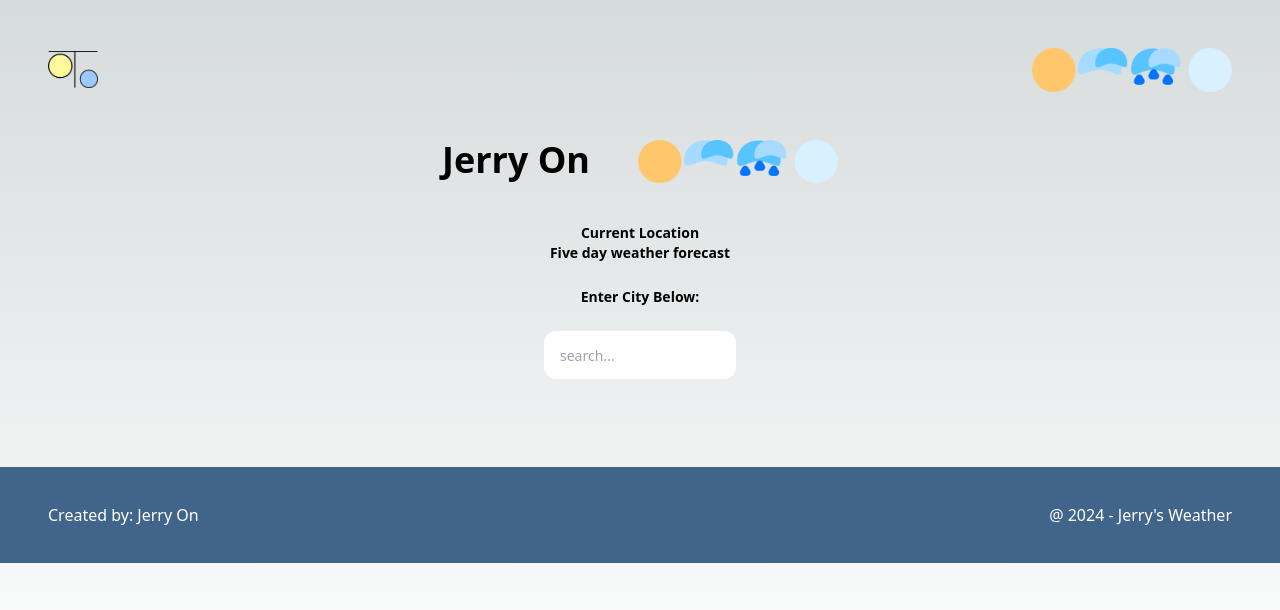
Repository: JerryWuOn/weatherAppMid
Page: /
These files come from the project's save history. The page is drawn as it stood at one moment and after the next save; the edit follows.
The browser window is 1280 px wide. The pictures show the whole page.
The project was rebuilt for these pictures with package versions that can differ from the ones it lists, and the page was loaded fresh each time. The framework's server and built-in components were replaced by stand-ins that run in the browser. Also part of the build but not shown: next.config.mjs.

Above is the page before, as saved 2024-02-12 20:03:35.

After the next save:
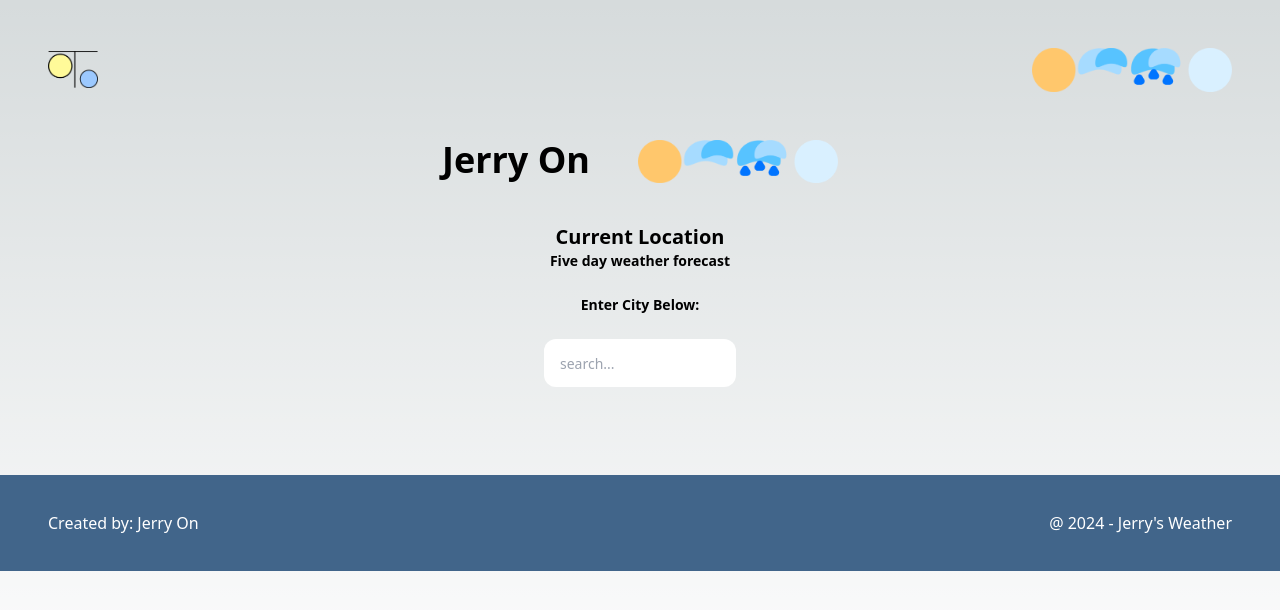
Saved 53 s later.
--- a/src/pages/index.tsx
+++ b/src/pages/index.tsx
@@ -66,7 +66,7 @@ export default function Home() {
               <Image src={Clouds} alt="clouds" width={200}/>
             </div>
           </div>
-          <div className="font-bold">Current Location</div>
+          <div className="font-bold text-xl">Current Location</div>
           <div className="font-bold mb-6">Five day weather forecast</div>
           <div className="font-bold mb-6">Enter City Below:</div>
           <form onSubmit={handleSubmit}>
